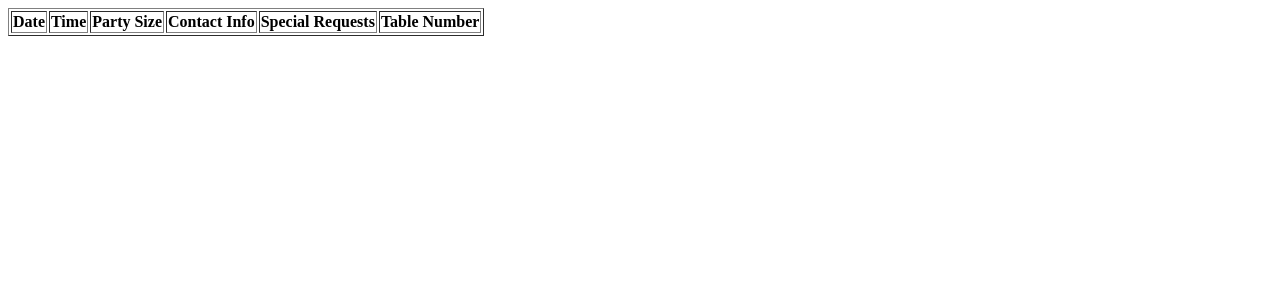
Repository: malingubarnice/Online-Reservation-System
Page: http://localhost/reservations_report.php?sort=date
An editor plug-in stored every save of this project. The page is shown before and after the next save, followed by the edit.
The browser window is 1280 px wide. The pictures show the whole page.
The page is run by PHP 8.4 with error messages shown; the project is at /var/www/html/. Queries for data that is not in the repository find no rows.

Above is the page before, as saved 2025-02-26 13:57:29.

After the next save:
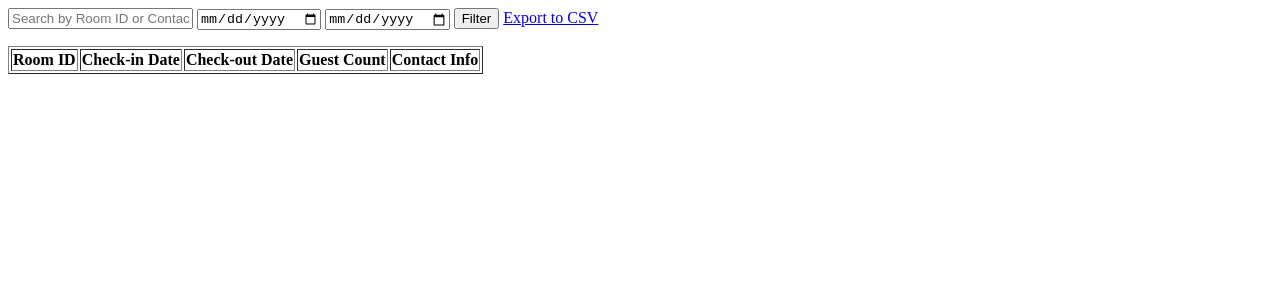
Saved 2 min 33 s later.
--- a/reservations_report.php
+++ b/reservations_report.php
@@ -10,30 +10,73 @@
     die("Connection failed: " . mysqli_connect_error());
 }
 
-// Fetch reservations data
-$query = "SELECT date, time, party_size, contact_info, special_requests, table_number FROM reservations ORDER BY date DESC";
+// Search & Filter
+$search = isset($_GET['search']) ? $_GET['search'] : "";
+$from_date = isset($_GET['from_date']) ? $_GET['from_date'] : "";
+$to_date = isset($_GET['to_date']) ? $_GET['to_date'] : "";
+
+// Pagination
+$limit = 10;
+$page = isset($_GET['page']) ? (int)$_GET['page'] : 1;
+$offset = ($page - 1) * $limit;
+
+// Base query
+$query = "SELECT room_id, check_in_date, check_out_date, guest_count, contact_info
+          FROM bookings WHERE 1";
+
+// Apply search filter
+if (!empty($search)) {
+    $query .= " AND (room_id LIKE '%$search%' OR contact_info LIKE '%$search%')";
+}
+
+// Apply date filter
+if (!empty($from_date) && !empty($to_date)) {
+    $query .= " AND check_in_date BETWEEN '$from_date' AND '$to_date'";
+}
+
+// Order & Limit
+$query .= " ORDER BY check_in_date DESC LIMIT $limit OFFSET $offset";
 $result = mysqli_query($conn, $query);
+
+// Get total records for pagination
+$total_query = "SELECT COUNT(*) as total FROM bookings WHERE 1";
+$total_result = mysqli_query($conn, $total_query);
+$total_row = mysqli_fetch_assoc($total_result);
+$total_pages = ceil($total_row['total'] / $limit);
 ?>
+
+<form method="GET">
+    <input type="text" name="search" placeholder="Search by Room ID or Contact" value="<?php echo $search; ?>">
+    <input type="date" name="from_date" value="<?php echo $from_date; ?>">
+    <input type="date" name="to_date" value="<?php echo $to_date; ?>">
+    <button type="submit">Filter</button>
+    <a href="export_bookings.php">Export to CSV</a>
+</form>
 
 <table border="1">
     <tr>
-        <th>Date</th>
-        <th>Time</th>
-        <th>Party Size</th>
+        <th>Room ID</th>
+        <th>Check-in Date</th>
+        <th>Check-out Date</th>
+        <th>Guest Count</th>
         <th>Contact Info</th>
-        <th>Special Requests</th>
-        <th>Table Number</th>
     </tr>
     <?php while ($row = mysqli_fetch_assoc($result)) { ?>
     <tr>
-        <td><?php echo htmlspecialchars($row['date']); ?></td>
-        <td><?php echo htmlspecialchars($row['time']); ?></td>
-        <td><?php echo htmlspecialchars($row['party_size']); ?></td>
+        <td><?php echo htmlspecialchars($row['room_id']); ?></td>
+        <td><?php echo htmlspecialchars($row['check_in_date']); ?></td>
+        <td><?php echo htmlspecialchars($row['check_out_date']); ?></td>
+        <td><?php echo htmlspecialchars($row['guest_count']); ?></td>
         <td><?php echo htmlspecialchars($row['contact_info']); ?></td>
-        <td><?php echo htmlspecialchars($row['special_requests']); ?></td>
-        <td><?php echo htmlspecialchars($row['table_number']); ?></td>
     </tr>
     <?php } ?>
 </table>
 
+<!-- Pagination -->
+<?php for ($i = 1; $i <= $total_pages; $i++) { ?>
+    <a href="?page=<?php echo $i; ?>&search=<?php echo $search; ?>&from_date=<?php echo $from_date; ?>&to_date=<?php echo $to_date; ?>">
+        <?php echo $i; ?>
+    </a>
+<?php } ?>
+
 <?php mysqli_close($conn); ?>
